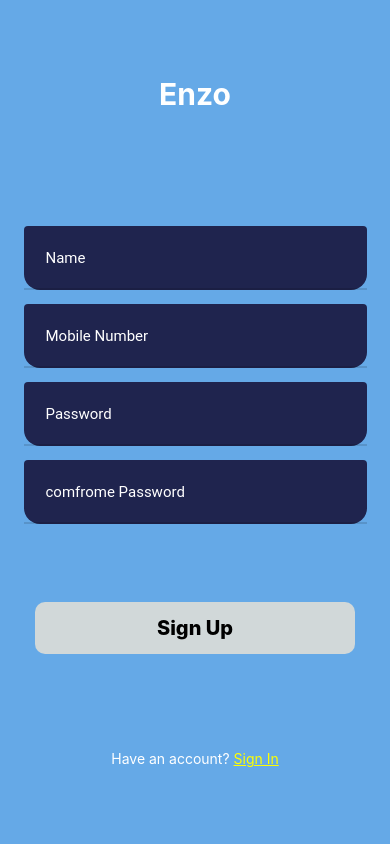
Repository: Milith97/Bus-App
Screen: /, after clicking the first element matching `div.r-transitionProperty-1i6wzkk`
The author's editor kept a copy of each file at every save. The screen is drawn from the files as they stood at one save, then again after the next save.
The app was drawn by React Native's web renderer in a window 390 px wide. The project was rebuilt for these pictures with package versions that can differ from the ones it lists, and the page was loaded fresh each time. Also part of the build but not shown: pages/HomePage.js, pages/ForgotPassword.js, pages/VerificationCode.js, pages/NewPassword.js, pages/HomePage2.js, Common/component/DrawerNav.js, pages/BookMySheet.js, pages/BusShedule.js and 1 more.

Above is the screen before, as saved 2024-01-12 09:49:07.

After the next save:
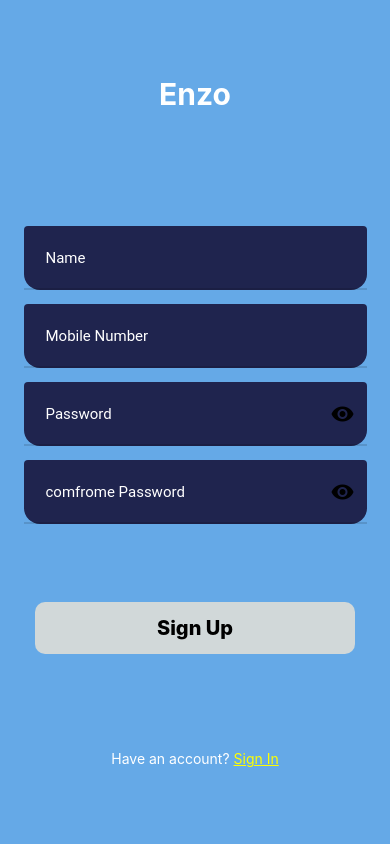
Saved 44 s later.
--- a/pages/SignUpPage.js
+++ b/pages/SignUpPage.js
@@ -56,7 +56,7 @@ export default function SignUpPage({ navigation }) {
                     style={styles.Text2}
                     value={password}
                     onChangeText={text => setPassword(text)}
-                    right={<TextInput.Affix text="/100" />}
+                    right={<TextInput.Icon icon="eye" />}
                 />
                 <TextInput
                     placeholder="comfrome Password"
@@ -64,7 +64,7 @@ export default function SignUpPage({ navigation }) {
                     style={styles.Text2}
                     value={confirmPassword}
                     onChangeText={text => setConfirmPassword(text)}
-                    right={<TextInput.Affix text="/100" />}
+                    right={<TextInput.Icon icon="eye" />}
                 />
 
 
